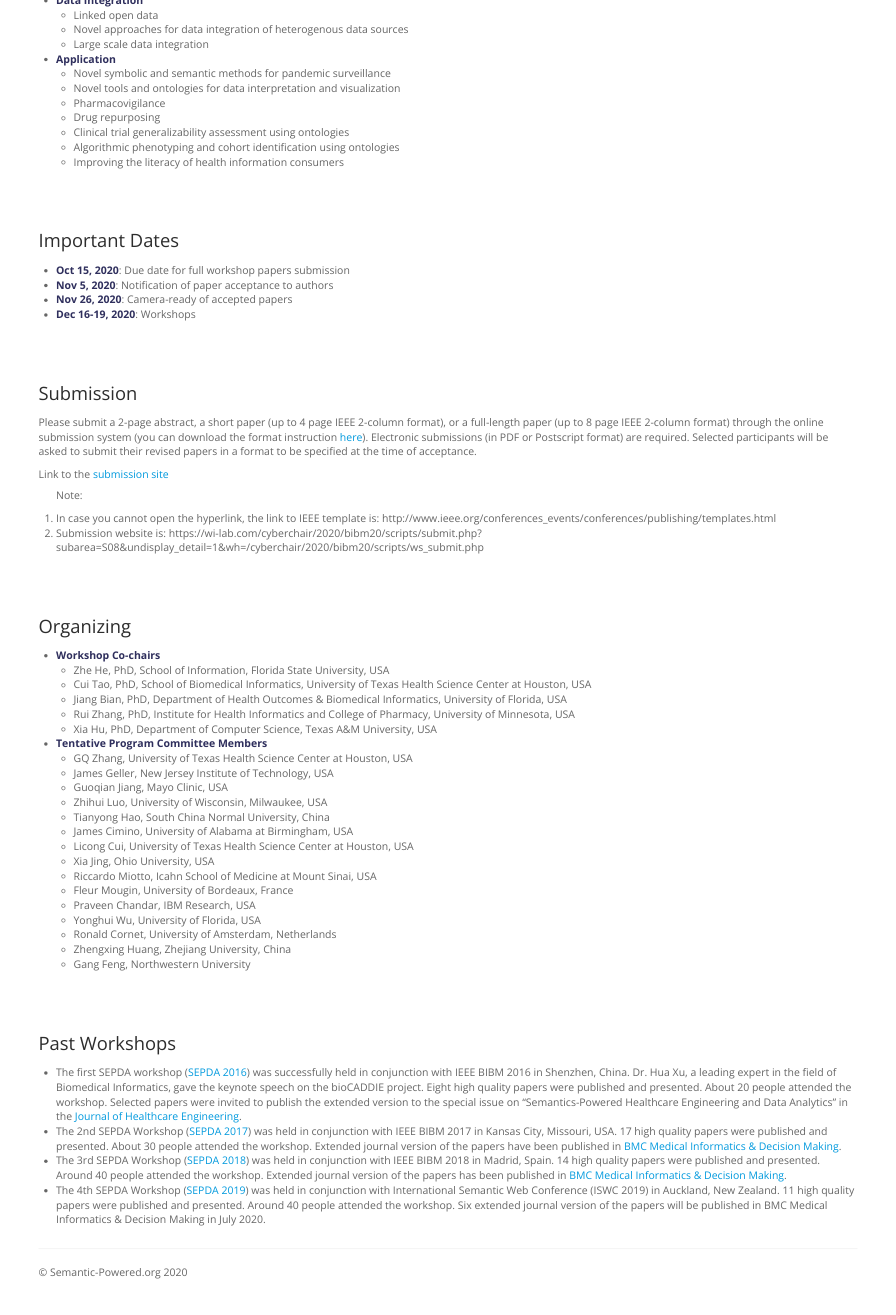
Repository: bianjiang/semantics-powered.org
Page: sepda2020.html
The author's editor kept a copy of each file at every save. The page is drawn from the files as they stood at one save, then again after the next save.
The browser window is 1280 px wide. The pictures show the part of the page from y = 1249 to 3169 px (the page is 3127 px tall before and 3169 px after), at 70% of full size.
Some web libraries are served in a nearby version.

Above is the page before, as saved 2020-08-21 14:16:18.
Console error (its wording comes from the project's code and is left out).

### sepda2020.html
<!DOCTYPE html>
<!--[if lt IE 7]>      <html class="no-js lt-ie9 lt-ie8 lt-ie7"> <![endif]-->
<!--[if IE 7]>         <html class="no-js lt-ie9 lt-ie8"> <![endif]-->
<!--[if IE 8]>         <html class="no-js lt-ie9"> <![endif]-->
<!--[if gt IE 8]><!-->
<html class="no-js">
<!--<![endif]-->

<head>
  <meta charset="utf-8">
  <meta http-equiv="X-UA-Compatible" content="IE=edge,chrome=1">
  <title></title>
  <meta name="description" content="">
  <meta name="viewport" content="width=device-width">

  <link rel="stylesheet" href="css/bootstrap.min.css">
  <style>
    body {
      padding-top: 60px;
      padding-bottom: 40px;
    }
  </style>
  <link rel="stylesheet" href="css/bootstrap-responsive.min.css">
  <link rel="stylesheet" href="css/main.css">

  <script src="js/vendor/modernizr-2.6.2-respond-1.1.0.min.js"></script>
</head>

<body class="preview" id="top" data-spy="scroll" data-target=".subnav" data-offset="80">
  <!--[if lt IE 7]>
            <p class="chromeframe">You are using an <strong>outdated</strong> browser. Please <a href="http://browsehappy.com/">upgrade your browser</a> or <a href="http://www.google.com/chromeframe/?redirect=true">activate Google Chrome Frame</a> to improve your experience.</p>
        <![endif]-->

  <!-- This code is taken from http://twitter.github.com/bootstrap/examples/hero.html -->

  <div class="navbar navbar-fixed-top">
    <div class="navbar-inner">
      <div class="container">
        <a class="btn btn-navbar" data-toggle="collapse" data-target=".nav-collapse">
          <span class="icon-bar"></span>
          <span class="icon-bar"></span>
          <span class="icon-bar"></span>
        </a>
        <a class="brand" href="#">&nbsp;</a>
        <div class="nav-collapse collapse">
          <ul class="nav">
            <li><a href="#">SEPDA 2020</a></li>
          </ul>
        </div>

      </div>

    </div>
  </div>

  <div class="container">

    <!-- Main hero unit for a primary marketing message or call to action -->
    <!--
            <div class="hero-unit">
                <h1>Hello, world!</h1>
                <p>This is a template for a simple marketing or informational website. It includes a large callout called the hero unit and three supporting pieces of content. Use it as a starting point to create something more unique.</p>
                <p><a class="btn btn-primary btn-large">Learn more &raquo;</a></p>
            </div>
            -->
    <!-- Masthead
================================================== -->
    <header class="jumbotron subhead" id="overview">
      <div class="row">
        <div class="span12">
          <br />
          <h2>The 5th International Workshop on Semantics-Powered Data Mining and Analytics (SEPDA 2020)</h2>
          <br />
          <p class="lead">
            in Conjunction with the IEEE International Conference on Bioinformatics and Biomedicine(BIBM 2020)
          </p>
        </div>
        <div class="span6">
          <!--
      <div class="bsa well">
          <div id="bsap_1277971" class="bsarocks bsap_c466df00a3cd5ee8568b5c4983b6bb19"></div>
      </div>
    -->
        </div>
      </div>
      <div class="subnav">
        <ul class="nav nav-pills">
          <li><a href="#overview">Overview</a></li>
          <li><a href="#scope">Topics</a></li>
          <li><a href="#dates">Important Dates</a></li>
          <li><a href="#organization">Organizing</a></li>
          <li><a href="#past">Past Workshops</a></li>
        </ul>
      </div>
    </header>

    <section id="overview">
      <div class="row">
        <div class="span12">
          <h3>Overview</h3>
          <p>Biomedical ontologies and controlled terminologies provide structured domain knowledge to a variety of health information systems. The rich thesaurus with concepts linked by semantic relationships has been widely used in natural language processing, data mining, machine learning, semantic annotation, and automated reasoning. The dramatically increasing amount of health-related data poses unprecedented opportunities for mining previously unknown knowledge with semantics-powered data mining and analytics methods. However, due to the heterogeneity of different data sources, it is a challenging problem to exploit multiple sources to solve real-world problems such as designing cost-effective treatment plan for patients, designing generalizable clinical trials, drug repurposing, and clinical phenotyping. The goal of this workshop is to bring people in the field of ontologies, data mining, knowledge representation, knowledge management, and data analytics to discuss innovative semantic methods, applications, and data analytics to address problems in healthcare, biomedicine, public health, and clinical research with biomedical, clinical, behavioral, and social web data. We are inviting original research submissions as well as work-in-progress. Selected full papers will be invited to submit an extended version to a special issue of a premier journal in biomedical informatics.</p>


          <p>SEPDA has been established as a key venue for disseminating research on health data analytics using semantic web technologies such as ontologies. In the past few years, we have seen an increasing interest in using semantic web technologies for health data analysis with more and more submissions that present novel methods and applications for linked open data, information extraction, semantic-web-based knowledge bases, and deep learning. The NIH Data Science Strategic Plan explicitly commits to ensuring that all data-science activities and products supported by the agency adhere to the FAIR principles, meaning that data be Findable, Accessible, Interoperable, and Reusable. Semantic web technologies play a crucial role to address the FAIR principles. With the infrastructure support such as NCBO’s BioPortal for ontology maintenance, the CEDAR software for metadata creation and validation, more and more researchers are using ontologies and semantic web technologies for knowledge representation, semantic inference, natural language processing, and data analytics. Meanwhile, we received submissions that use semantic-based methods to tackle critical problems in biomedical informatics such as extracting drug-drug interaction, drug repurposing, adverse drug reaction, detecting early signals for cognitive impairment, and visualizing dietary supplement knowledge. It is thus critical to hold SEPDA workshop annually to continue our momentum and allow researchers to present and discuss novel methods and applications in this fast-growing field. In the previous four years, we held SEPDA in IEEE International Conference on Bioinformatics and Biomedicine (BIBM 2016, BIBM 2017, BIBM 2018) and International Semantic Web Conference (ISWC 2019).</p>
        </div>
      </div>
    </section>

    <section id="scope">
      <div class="row">
        <div class="span12">
          <h3>Topics</h3>
          <p>Topics of interest include but not limited to:</p>
          <ul>
            <li><b>Semantics-based Data Mining and Analytics</b>
              <ul>
                <li>Ontology-based text mining and natural language processing</li>
                <li>Semantics-powered data mining and machine learning from biomedical, clinical, or social web data
                </li>
                <li>Information Extraction from biomedical, clinical, or social web data</li>
                <li>Semantic annotation on biomedical, clinical or social web data</li>
              </ul>
            </li>
            <li><b>Ontologies and Controlled Terminologies</b>
              <ul>
                <li>Ontology development and enrichment</li>
                <li>Quality assurance of ontologies and controlled terminologies</li>
                <li>Semantic harmonization and ontology alignment</li>
                <li>Knowledge representation and reasoning</li>
                <li>Knowledge graphs</li>
              </ul>
            </li>
            <li><b>Data Integration</b>
              <ul>
                <li>Linked open data</li>
                <li>Novel approaches for data integration of heterogenous data sources</li>
                <li>Large scale data integration</li>
              </ul>
            </li>
            <li><b>Application</b>
              <ul>
                <li>Novel symbolic and semantic methods for pandemic surveillance</li>
                <li>Novel tools and ontologies for data interpretation and visualization</li>
                <li>Pharmacovigilance</li>
                <li>Drug repurposing</li>
                <li>Clinical trial generalizability assessment using ontologies</li>
                <li>Algorithmic phenotyping and cohort identification using ontologies</li>
                <li>Improving the literacy of health information consumers</li>
              </ul>
            </li>
          </ul>
        </div>
      </div>
    </section>

    <section id="dates">
      <div class="row">
        <div class="span12">
          <h3>Important Dates</h3>
          <ul>
          <li><b>Oct 15, 2020</b>: Due date for full workshop papers submission</li>
          <li><b>Nov 5, 2020</b>: Notification of paper acceptance to authors</li>
          <li><b>Nov 26, 2020</b>: Camera-ready of accepted papers</li>
          <li><b>Dec 16-19, 2020</b>: Workshops</li>
        </ul>
        </div>
      </div>
    </section>

    <section id="submission">
      <div class="row">
        <div class="span12">
          <h3>Submission</h3>
          <p>Please submit a 2-page abstract, a short paper (up to 4 page IEEE 2-column format), or a full-length paper (up to 8 page IEEE 2-column format) through the online submission system (you can download the format instruction <a href="http://www.ieee.org/conferences_events/conferences/publishing/templates.html" target="_blank">here</a>). Electronic submissions (in PDF or Postscript format) are required. Selected participants will be asked to submit their revised papers in a format to be specified at the time of acceptance.</p>
          <p>Link to the <a href="https://wi-lab.com/cyberchair/2020/bibm20/scripts/submit.php?subarea=S08&undisplay_detail=1&wh=/cyberchair/2020/bibm20/scripts/ws_submit.php" target="_blank">submission site</a></p>
          <ol>
            <p>Note:</p>
            <li>In case you cannot open the hyperlink, the link to IEEE template is:
              http://www.ieee.org/conferences_events/conferences/publishing/templates.html</li>
            <li>Submission website is:
              https://wi-lab.com/cyberchair/2020/bibm20/scripts/submit.php?subarea=S08&undisplay_detail=1&wh=/cyberchair/2020/bibm20/scripts/ws_submit.php</li>
          </ol>
        </div>
      </div>
    </section>

    <section id="organization">
      <div class="row">
        <div class="span12">
          <h3>Organizing</h3>
          <ul>
            <li><b>Workshop Co-chairs</b>
              <ul>
                <li>
                 Zhe He, PhD, School of Information, Florida State University, USA

                </li>
                <li>
                  Cui Tao, PhD, School of Biomedical Informatics, University of Texas Health Science Center at Houston, USA

                </li>
                <li>
                  Jiang Bian, PhD, Department of Health Outcomes & Biomedical Informatics, University of Florida, USA

                </li>
                <li>
                 Rui Zhang, PhD, Institute for Health Informatics and College of Pharmacy, University of Minnesota, USA

                </li>
                <li>
                 Xia Hu, PhD, Department of Computer Science, Texas A&M University, USA

                </li>
              </ul>
            </li>
            <li><b>Tentative Program Committee Members</b>
              <ul>
                <li>GQ Zhang, University of Texas Health Science Center at Houston, USA</li>
                <li>James Geller, New Jersey Institute of Technology, USA</li>
                <li>Guoqian Jiang, Mayo Clinic, USA</li>
                <li>Zhihui Luo, University of Wisconsin, Milwaukee, USA</li>
                <li>Tianyong Hao, South China Normal University, China</li>
                <li>James Cimino, University of Alabama at Birmingham, USA</li>
                <li>Licong Cui, University of Texas Health Science Center at Houston, USA</li>
                <li>Xia Jing, Ohio University, USA</li>
                <li>Riccardo Miotto, Icahn School of Medicine at Mount Sinai, USA</li>
                <li>Fleur Mougin, University of Bordeaux, France</li>
                <li>Praveen Chandar, IBM Research, USA</li>
                <li>Yonghui Wu, University of Florida, USA</li>
                <li>Ronald Cornet, University of Amsterdam, Netherlands</li>
                <li>Zhengxing Huang, Zhejiang University, China</li>
                <li>Gang Feng, Northwestern University</li>
              </ul>
            </li>
          </ul>
        </div>
      </div>
    </section>

    <section id="past">
      <div class="row">
        <div class="span12">
          <h3>Past Workshops</h3>
          <ul>
           <li>The first SEPDA workshop (<a href="http://semantics-powered.org/sepda2016.html" target="_blank">SEPDA
                2016</a>) was successfully held in conjunction with IEEE BIBM 2016 in Shenzhen, China. Dr. Hua Xu, a leading expert in the field of Biomedical Informatics, gave the keynote speech on the bioCADDIE project. Eight high quality papers were published and presented. About 20 people attended the workshop. Selected papers were invited to publish the extended version to the special issue on “Semantics-Powered Healthcare Engineering and Data Analytics” in the <a href="https://www.hindawi.com/journals/jhe/si/461480/" target="_blank">Journal of Healthcare Engineering</a>.</li>

          <li>The 2nd SEPDA Workshop (<a href="http://semantics-powered.org/sepda2017.html" target="_blank">SEPDA
                2017</a>) was held in conjunction with IEEE BIBM 2017 in Kansas City, Missouri, USA. 17 high quality papers were published and presented. About 30 people attended the workshop. Extended journal version of the papers have been published in <a href="https://bmcmedinformdecismak.biomedcentral.com/articles/supplements/volume-18-supplement-2" target="_blank">BMC Medical Informatics & Decision Making</a>.</li>

          <li>The 3rd SEPDA Workshop (<a href="http://semantics-powered.org/sepda2018.html" target="_blank">SEPDA
                2018</a>) was held in conjunction with IEEE BIBM 2018 in Madrid, Spain. 14 high quality papers were published and presented. Around 40 people attended the workshop. Extended journal version of the papers has been published in <a href="https://bmcmedinformdecismak.biomedcentral.com/articles/supplements/volume-19-supplement-4" target="_blank">BMC Medical Informatics & Decision Making</a>.</li>

          <li>The 4th SEPDA Workshop (<a href="http://semantics-powered.org/sepda2019.html" target="_blank">SEPDA
                2019</a>) was held in conjunction with International Semantic Web Conference (ISWC 2019) in Auckland, New Zealand. 11 high quality papers were published and presented. Around 40 people attended the workshop. Six extended journal version of the papers will be published in BMC Medical Informatics & Decision Making in July 2020.</li>
                </ul>
        </div>

      </div>
    </section>

    <hr>

    <footer>
      <p>&copy; Semantic-Powered.org 2020</p>
    </footer>

  </div> <!-- /container -->

  <script src="//ajax.googleapis.com/ajax/libs/jquery/1.9.1/jquery.min.js"></script>
  <script>window.jQuery || document.write('<script src="js/vendor/jquery-1.9.1.min.js"><\/script>')</script>

  <script src="js/vendor/bootstrap.min.js"></script>

  <script src="js/plugins.js"></script>
  <script src="js/main.js"></script>
  <script>
      (function (i, s, o, g, r, a, m) {
        i['GoogleAnalyticsObject'] = r; i[r] = i[r] || function () {
          (i[r].q = i[r].q || []).push(arguments)
        }, i[r].l = 1 * new Date(); a = s.createElement(o),
          m = s.getElementsByTagName(o)[0]; a.async = 1; a.src = g; m.parentNode.insertBefore(a, m)
      })(window, document, 'script', 'https://www.google-analytics.com/analytics.js', 'ga');

    ga('create', 'UA-50982144-4', 'auto');
    ga('send', 'pageview');

  </script>
</body>

</html>

Loaded but not shown: css/bootstrap.min.css (library); css/bootstrap-responsive.min.css (library); js/vendor/modernizr-2.6.2-respond-1.1.0.min.js (library); js/vendor/bootstrap.min.js (library); js/main.js (95 lines, source omitted); js/plugins.js (24 lines, source omitted); css/main.css (467 lines, source omitted)

After the next save:
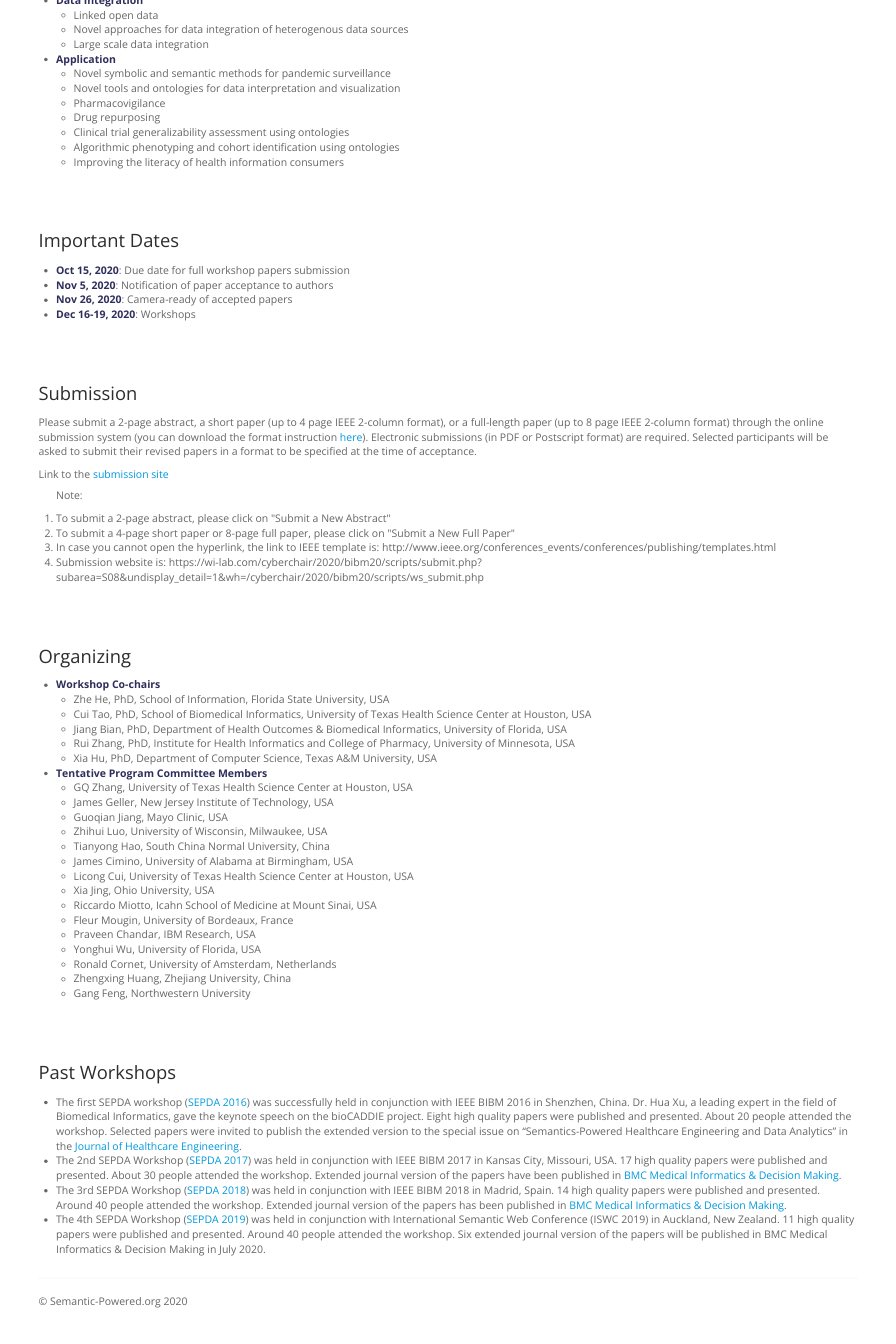
Saved 55 s later.
--- a/sepda2020.html
+++ b/sepda2020.html
@@ -175,6 +175,8 @@
           <p>Link to the <a href="https://wi-lab.com/cyberchair/2020/bibm20/scripts/submit.php?subarea=S08&undisplay_detail=1&wh=/cyberchair/2020/bibm20/scripts/ws_submit.php" target="_blank">submission site</a></p>
           <ol>
             <p>Note:</p>
+            <li>To submit a 2-page abstract, please click on "Submit a New Abstract"</li>
+            <li>To submit a 4-page short paper or 8-page full paper, please click on "Submit a New Full Paper"</li>
             <li>In case you cannot open the hyperlink, the link to IEEE template is:
               http://www.ieee.org/conferences_events/conferences/publishing/templates.html</li>
             <li>Submission website is:
